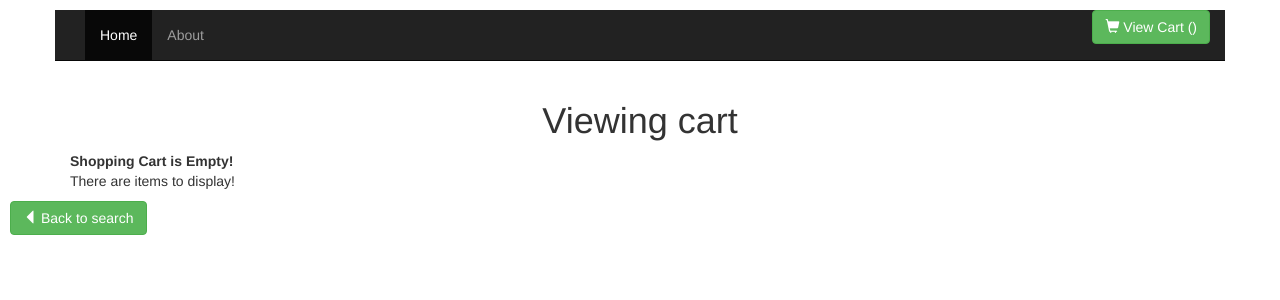
Repository: iancwwong/DigitalBibliographicalLibrary
Page: http://localhost/DigitalBibliographicLibrary/cartpage.jsp
An editor plug-in stored every save of this project. The page is shown before and after the next save, followed by the edit.
The browser window is 1280 px wide. The pictures show the whole page.
The page is served by Tomcat 9. The template is opened directly, without the code that normally fills it, so the values that code supplies are empty.

Above is the page before, as saved 2016-08-27 15:58:53.

After the next save:
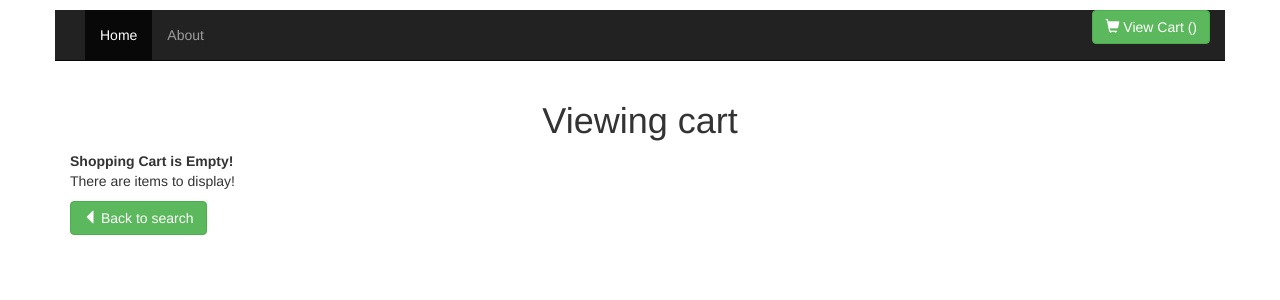
Saved 99 s later.
--- a/DigitalBibliographicLibrary/WebContent/cartpage.jsp
+++ b/DigitalBibliographicLibrary/WebContent/cartpage.jsp
@@ -31,6 +31,7 @@
 
 	<!-- cart content -->
 	<div class="container">
+
 		<!--  Check if cart is empty -->
 		<c:choose>
 			<c:when test="${cartPageBean.cart.numItems eq '0'}">
@@ -42,16 +43,16 @@
 			</c:otherwise>
 		</c:choose>
 
+		<!-- Back to search -->
+		<form action='control' method='POST'>
+			<input type='hidden' name="action" value="viewIndexPage"/>
+			<button type="submit" class="btn btn-success">
+				<span class="glyphicon glyphicon-triangle-left"></span>
+				Back to search
+			</button>
+		</form>
+
 	</div>
-
-	<!-- Back to search -->
-	<form action='control' method='POST'>
-		<input type='hidden' name="action" value="viewIndexPage"/>
-		<button type="submit" class="btn btn-success">
-			<span class="glyphicon glyphicon-triangle-left"></span>
-			Back to search
-		</button>
-	</form>
 
     <!-- ========= Bootstrap Core Javascript =========== -->
     <!-- jQuery (necessary for Bootstrap's JavaScript plugins) -->
